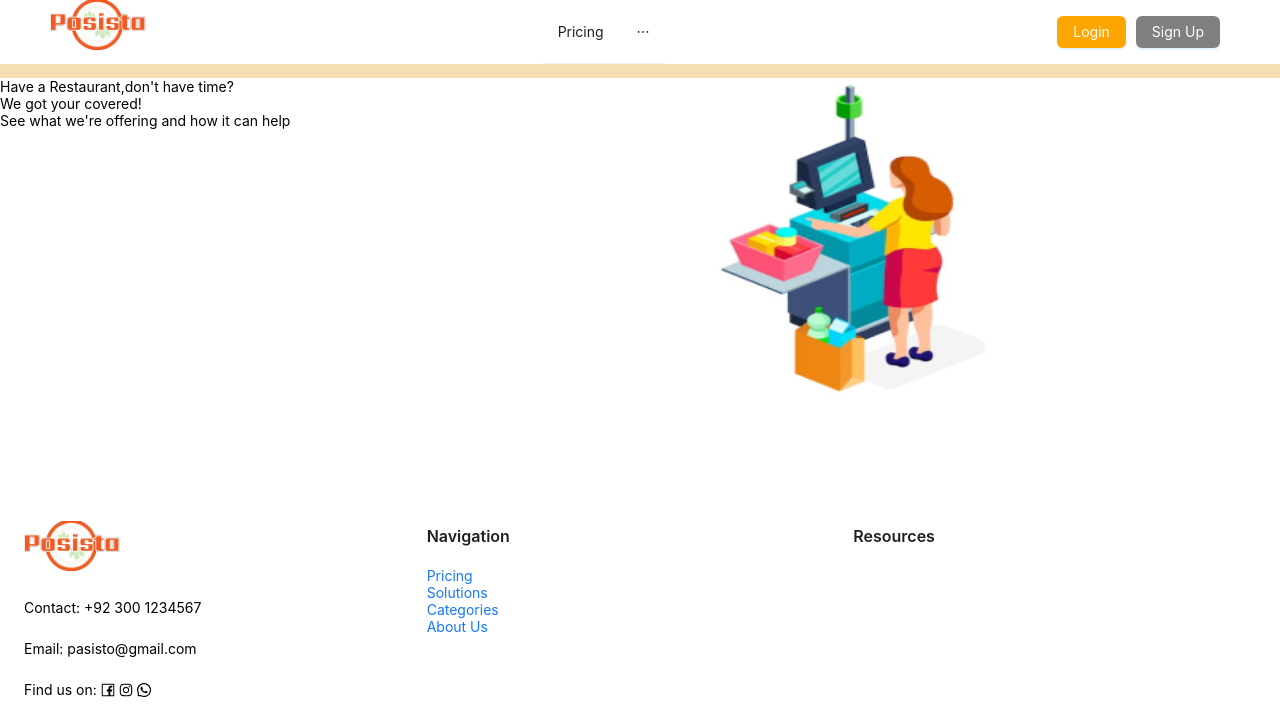
Repository: usmanarshad90/Posista
Page: / (app in test/)
The author's editor kept a copy of each file at every save. The page is drawn from the files as they stood at one save, then again after the next save.
The browser window is 1280 px wide. The pictures show the whole page.
The project was rebuilt for these pictures with package versions that can differ from the ones it lists, and the page was loaded fresh each time. Also part of the build but not shown: test/src/components/Pricing/Pricing.jsx, test/src/components/Solution/Solutions.jsx, test/src/components/About/AboutUs.jsx, test/src/components/login/login.jsx, test/src/components/signup/signup.jsx.

Above is the page before, as saved 2023-11-28 14:32:43.

After the next save:
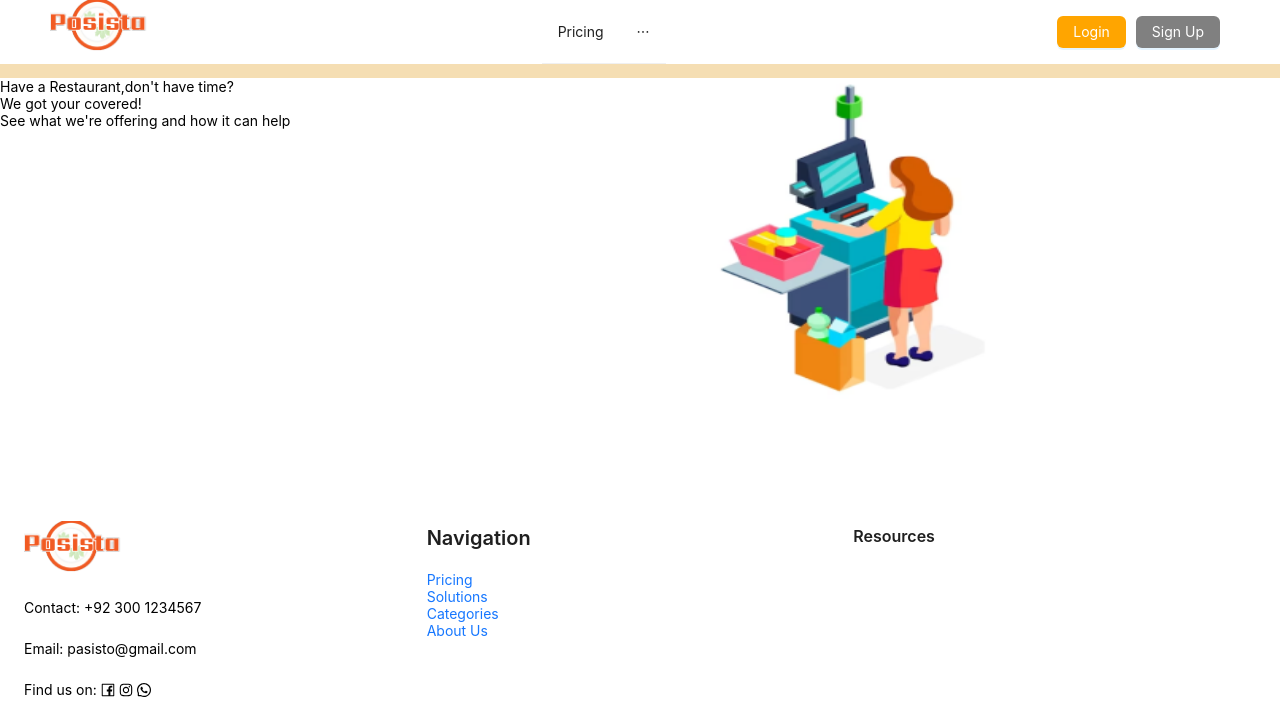
Saved 5 s later.
--- a/test/src/components/Footer/Footer.jsx
+++ b/test/src/components/Footer/Footer.jsx
@@ -34,7 +34,7 @@ const Footer = () => {
 
       <Col  lg={{ span:8, order: 1 }} md={6} xs={4} xl={8} xxl={8}   >
 
-      <Typography.Title level={5} >Navigation </Typography.Title>
+      <Typography.Title level={4} >Navigation </Typography.Title>
 
 
       <Typography.Title level={5}></Typography.Title>
